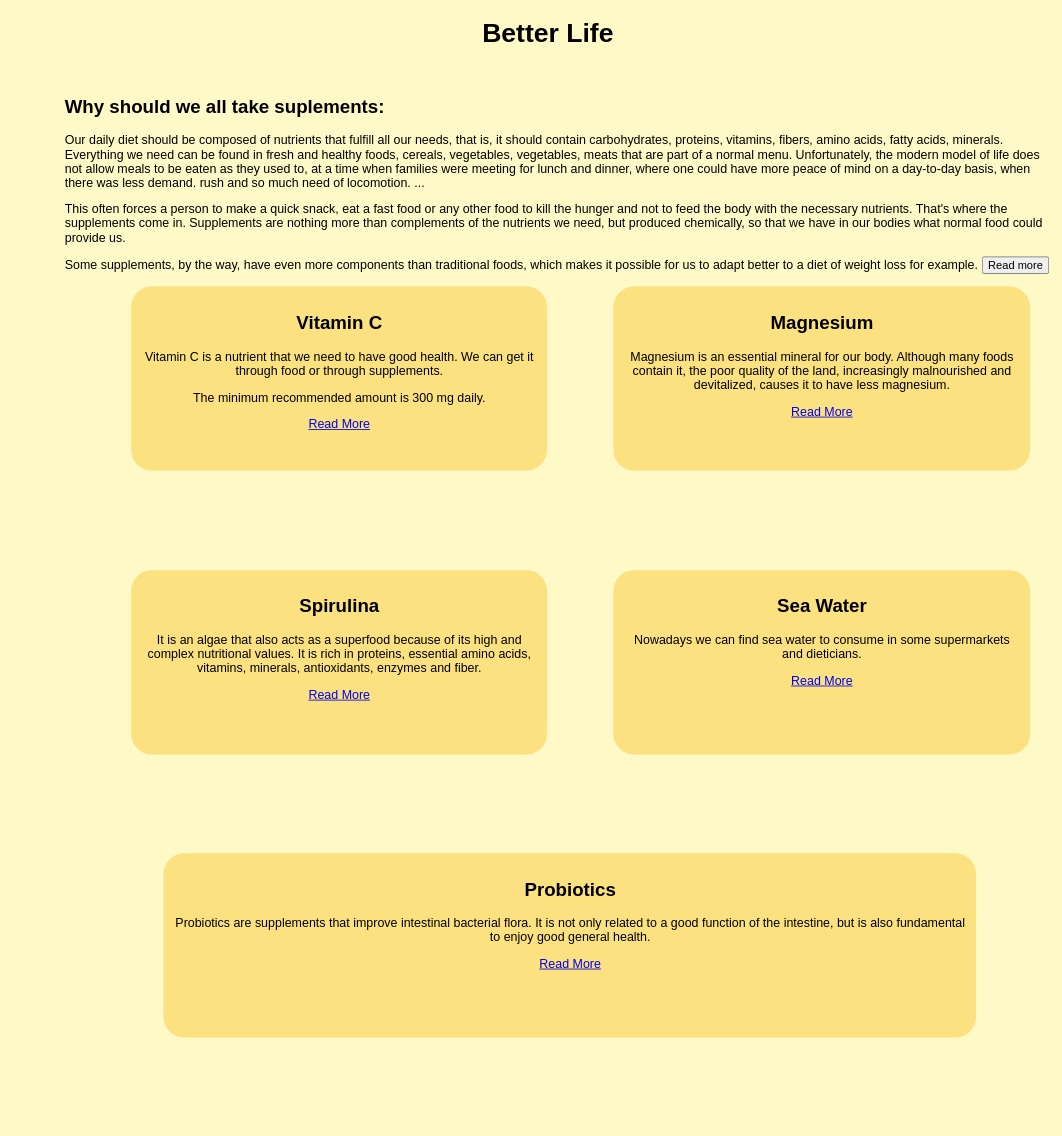
Repository: DSerenoG/Assessment2
Page: index.html
The author's editor kept a record of every edit. The page is drawn from the files as they stood at one moment, then again after the next edit.
The browser window is 1280 px wide. The pictures show the whole page, at 83% of full size.

Above is the page before.

### index.html
<!DOCTYPE html>
<html lang="en">
<head>
    <meta charset="UTF-8">
    <meta name="viewport" content="width=device-width, initial-scale=1.0">
    <meta http-equiv="X-UA-Compatible" content="ie=edge">
    <link rel="stylesheet" href="css/main.css" type="text/css" />
    <title>Document</title>
</head>
<body>


    <div id = "head">
        <ul>
             <h1>Better Life</h1>
        </ul>
    </div>

    <div id ="main_section">

        <reason style="width:40%">
            <h2>Why should we all take suplements: </h2>
            <p>Our daily diet should be composed of nutrients that fulfill all our needs, that is, it should contain carbohydrates, proteins, vitamins, fibers, amino acids, fatty acids, minerals. Everything we need can be found in fresh and healthy foods, cereals, vegetables, vegetables, meats that are part of a normal menu.
            Unfortunately, the modern model of life does not allow meals to be eaten as they used to, at a time when families were meeting for lunch and dinner, where one could have more peace of mind on a day-to-day basis, when there was less demand. rush and so much need of locomotion. <span id="dots">...</span><span id="more">
            <p>This often forces a person to make a quick snack, eat a fast food or any other food to kill the hunger and not to feed the body with the necessary nutrients.
            That's where the supplements come in. Supplements are nothing more than complements of the nutrients we need, but produced chemically, so that we have in our bodies what normal food could provide us.
            <p>Some supplements, by the way, have even more components than traditional foods, which makes it possible for us to adapt better to a diet of weight loss for example. <button onclick="myFunction()" id="myBtn">Read more</button>
            </span></p>

        </reason>

        <suplement1  id="boxes">
            <h2>Vitamin C</h2>
            <p>Vitamin C is a nutrient that we need to have good health. We can get it through food or through supplements.</p>
            <p>The minimum recommended amount is 300 mg daily.</p>
            <a href="suplement_1.html">Read More</a>
        </suplement1>

        <suplement2  id="boxes">
            <h2>Magnesium</h2>
            <p>Magnesium is an essential mineral for our body. Although many foods contain it, the poor quality of the land, increasingly malnourished and devitalized, causes it to have less magnesium.</p>
            <a href="suplement_2.html">Read More</a>

        </suplement2>

        <suplement3  id="boxes">
            <h2>Spirulina</h2>
            <p>It is an algae that also acts as a superfood because of its high and complex nutritional values. It is rich in proteins, essential amino acids, vitamins, minerals, antioxidants, enzymes and fiber.</p>
             <a href="suplement_3.html">Read More</a>
        </suplement3>

        <suplement4 id="boxes">
            <h2>Sea Water</h2>
            <p>Nowadays we can find sea water to consume in some supermarkets and dieticians. </p>
            <a href="suplement_4.html">Read More</a>
        </suplement4>

        <suplement5 style="width:80%" >
            <h2>Probiotics</h2>
            <p>Probiotics are supplements that improve intestinal bacterial flora. It is not only related to a good function of the intestine, but is also fundamental to enjoy good general health.</p>
            <a href="suplement_5.html">Read More</a>
        </suplement5>

        <script type="text/javascript">
       function myFunction() {
          var dots = document.getElementById("dots");
          var moreText = document.getElementById("more");
          var btnText = document.getElementById("myBtn");

          if (dots.style.display === "none") {
            dots.style.display = "inline";
            btnText.innerHTML = "Read more";
            moreText.style.display = "none";
          } else {
            dots.style.display = "none";
            btnText.innerHTML = "Read less";
            moreText.style.display = "inline";
          }
        }
        </script>

    </div>
</body>
</html>

### css/main.css
#head{
    text-align: center;
    margin-bottom: 1%;
    font-family: arial;
}

body{
    background-color:#FEF9C7;
}

#main_section{
    font-size: 15px;
    font-family: arial;
    margin-left: 70px;
}

reason{
    margin-bottom: 3%;
    padding: 1%;
}


suplement5{
    margin: auto;
    padding:1%;
    text-align: center;
    font-size: 15px;
    float: left;
    margin-left: 10%;
    margin-right: -50%;
    margin-bottom: 10%;
    background-color:#FCE181;
    height: 25ex;
    font-family: arial;
     border-radius:25px;
}

#boxes{
    width: 40%;
    background-color:#FCE181;
    padding: 1%;
    text-align:center;
    font-size: 15px;
    float: left;
    margin-left: 80px;
    margin-bottom: 10%;
    height: 25ex;
    font-family: arial;
    border-radius:25px;

}

#b1{
    width: 40%;
    background-color:#FCE181;
    padding: 1%;
    text-align:center;
    font-size: 15px;
    float: left;

    margin-top: 1.5%;
    margin-left: 80px;
    margin-bottom: 10%;
    height: 25ex;
    font-family: arial;
    border-radius:25px;

}

#d1{
   width:90%;
    background-color:#FCE181;
    padding: 1%;
    text-align:center;
    font-size: 15px;
    float: left;
    margin-left: 3%;
    margin-bottom: 10%;
    height: auto;
    font-family: arial;
    border-radius:25px;
}

#text{
    width: 500px;
    margin:0px;
    display: inline-block;
    float:left;
}

#image{
    float:right;
    margin-right: 270px;
    margin-top: 80px;

}

#more {display: none;}


#p{
    padding-top: 300px;
    float: left;
    margin-left: 5%;
}

After the next edit:
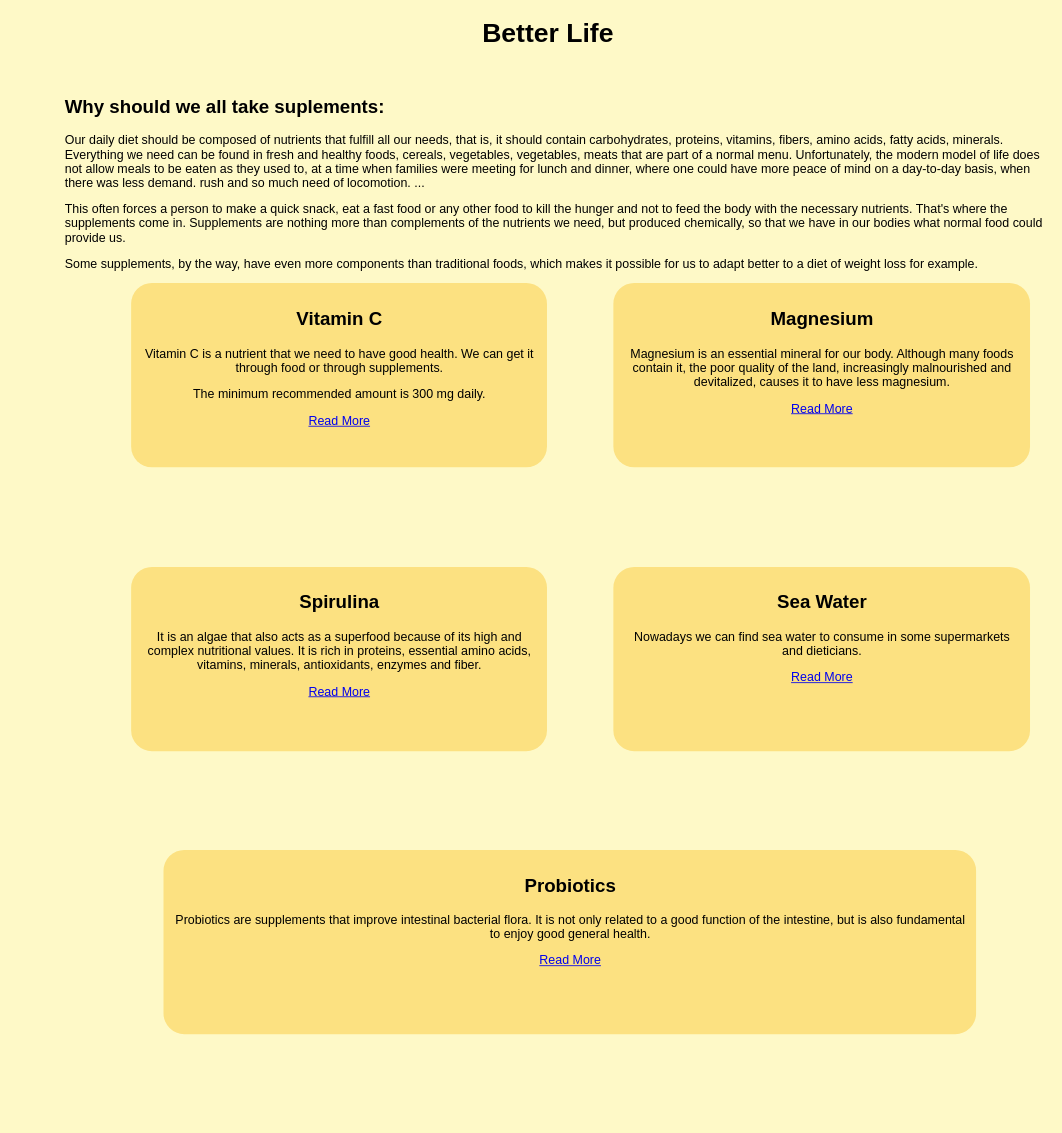
The edit:
--- a/index.html
+++ b/index.html
@@ -24,7 +24,7 @@
             Unfortunately, the modern model of life does not allow meals to be eaten as they used to, at a time when families were meeting for lunch and dinner, where one could have more peace of mind on a day-to-day basis, when there was less demand. rush and so much need of locomotion. <span id="dots">...</span><span id="more">
             <p>This often forces a person to make a quick snack, eat a fast food or any other food to kill the hunger and not to feed the body with the necessary nutrients.
             That's where the supplements come in. Supplements are nothing more than complements of the nutrients we need, but produced chemically, so that we have in our bodies what normal food could provide us.
-            <p>Some supplements, by the way, have even more components than traditional foods, which makes it possible for us to adapt better to a diet of weight loss for example. <button onclick="myFunction()" id="myBtn">Read more</button>
+            <p>Some supplements, by the way, have even more components than traditional foods, which makes it possible for us to adapt better to a diet of weight loss for example.
             </span></p>
 
         </reason>
